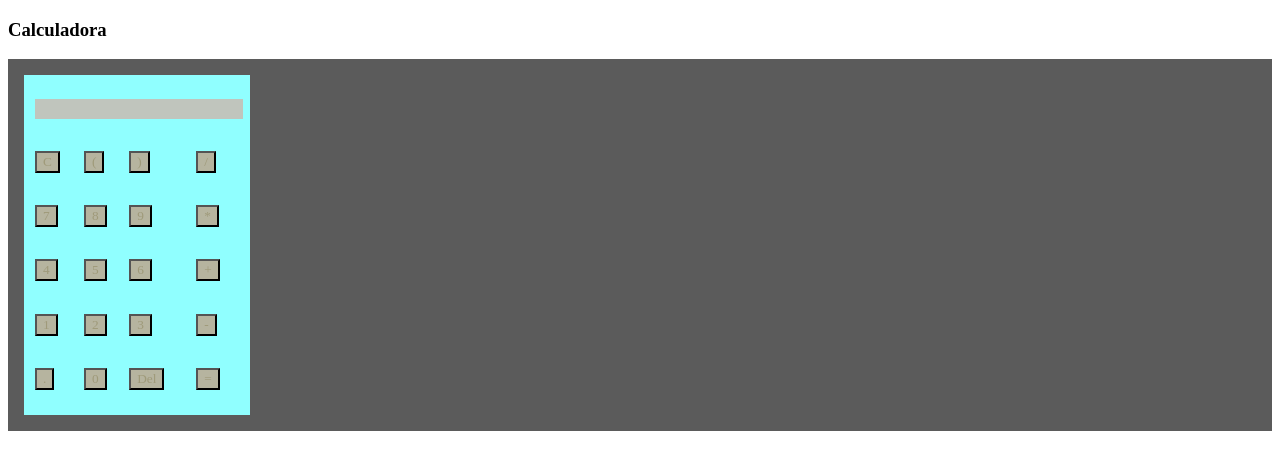
Repository: ServerK001/CalcJsVanilha
Page: index.html
An editor plug-in stored every save of this project. The page is shown before and after a run of saves, followed by the edit.
The browser window is 1280 px wide. The pictures show the whole page.
Some web fonts or font styles are not loaded; a fallback is used.

Above is the page before, as saved 2022-02-14 20:43:11.

After the next 2 saves:
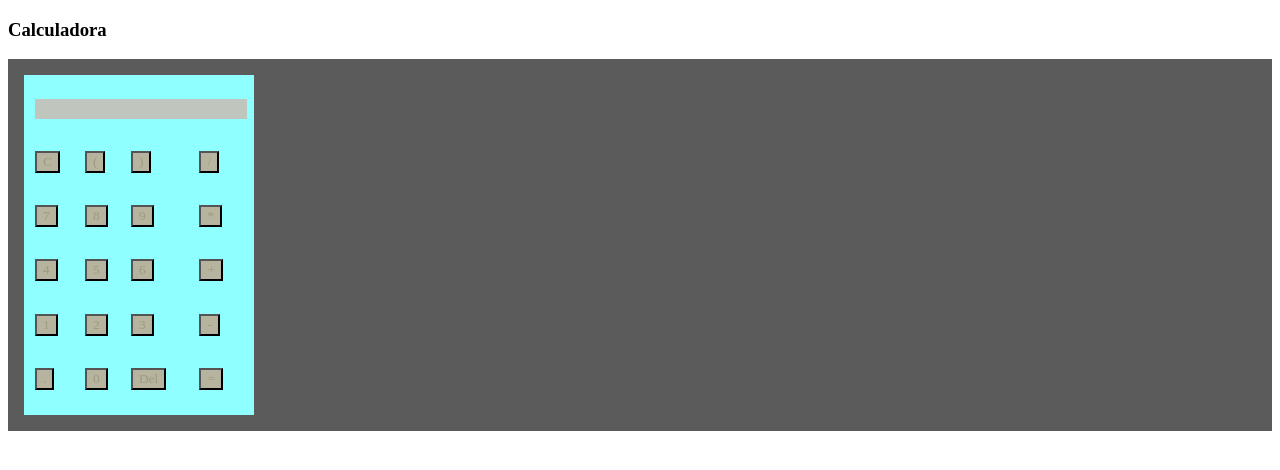
The 2 saves are shown as one change because they came seconds apart.
The last was saved 7 s later.
--- a/style.css
+++ b/style.css
@@ -31,7 +31,7 @@
     background-color: var(--bgCalc);
     padding: 0.5rem;
     height: 340px;
-    width: ;
+    width: 230px;
 }
 
 
